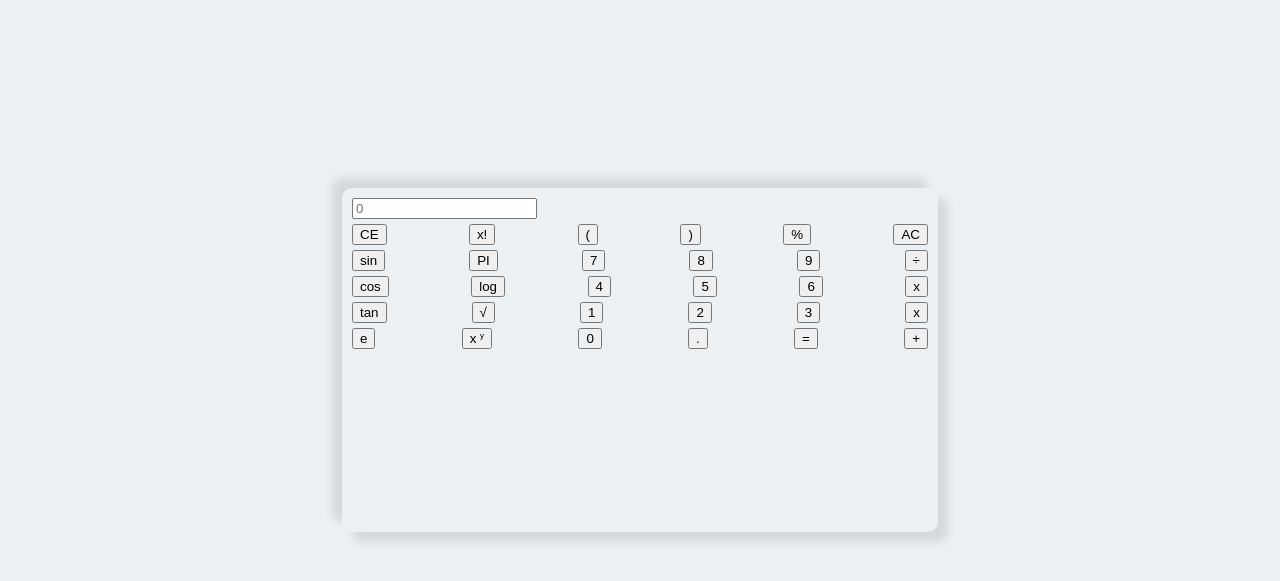
Repository: Haakim19/Scientific-Calculator
Page: intex.html
The author's editor kept a copy of each file at every save. The page is drawn from the files as they stood at one save, then again after the next save.
The browser window is 1280 px wide. The pictures show the whole page.

Above is the page before, as saved 2024-10-27 11:58:02.

### intex.html
<!DOCTYPE html>
<html lang="en">
<head>
    <meta charset="UTF-8">
    <meta name="viewport" content="width=device-width, initial-scale=1.0">
    <title>Scientific Calculator</title>
    <link rel="stylesheet" href="Style.css">
</head>
<body>
    <div class="container">
        <div class="display">
            <input type="text" id="screen" placeholder="0">
        </div>
        <div class="btns">
            <div class="row">
                <button class="btn">CE</button>
                <button class="btn">x!</button>
                <button class="btn">(</button>
                <button class="btn">)</button>
                <button class="btn">%</button>
                <button class="btn">AC</button>
            </div>
            <div class="row">
                <button class="btn">sin</button>
                <button class="btn">PI</button>
                <button class="btn">7</button>
                <button class="btn">8</button>
                <button class="btn">9</button>
                <button class="btn">÷</button>
            </div>
            <div class="row">
                <button class="btn">cos</button>
                <button class="btn">log</button>
                <button class="btn">4</button>
                <button class="btn">5</button>
                <button class="btn">6</button>
                <button class="btn">x</button>
            </div>
            <div class="row">
                <button class="btn">tan</button>
                <button class="btn">√</button>
                <button class="btn">1</button>
                <button class="btn">2</button>
                <button class="btn">3</button>
                <button class="btn">x</button>
            </div>
            <div class="row">
                <button class="btn">e</button>
                <button class="btn">x <sup style="font-size: 0.5rem;">y</sup></button>
                <button class="btn">0</button>
                <button class="btn">.</button>
                <button class="btn">=</button>
                <button class="btn">+</button>
            </div>
        </div>
</body>

</html>

### Style.css
body{
    /* background-color: #f0f0f0; */
    font-family: Arial, sans-serif;
    margin: 0;
    padding: 0;
    justify-content: center;
    align-items: center;
    display: flex;
    min-height: 100vh;
    background: #ecf0f3;
}

.container{
    width: 45%;
    height: 45vh;
    padding: 10px;
    border-radius: 10px;
    box-shadow: 10px 10px 10px rgba(0, 0, 0, 0.1),
                -10px -10px 10px rgba(0, 0, 0, 0.1);
}
.row{
    display: flex;
    justify-content: space-between;
    margin: 5px 0;
    /* padding: 5px; */
}

After the next save:
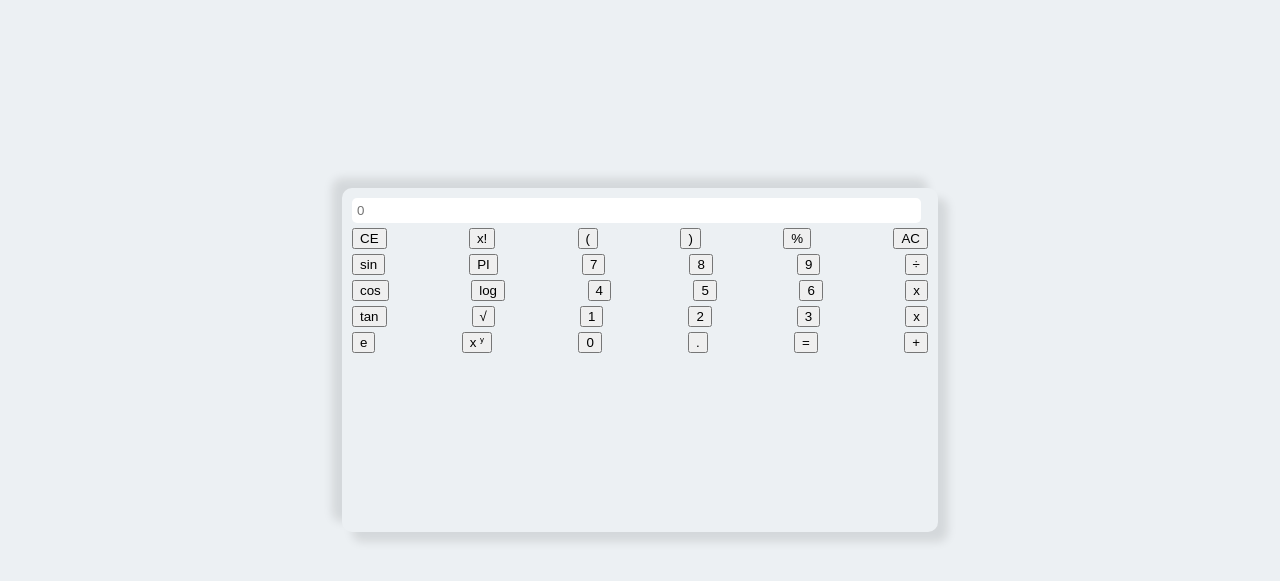
Saved 64 s later.
--- a/Style.css
+++ b/Style.css
@@ -18,6 +18,14 @@ body{
     box-shadow: 10px 10px 10px rgba(0, 0, 0, 0.1),
                 -10px -10px 10px rgba(0, 0, 0, 0.1);
 }
+.display #screen{
+    width: 97%;
+    height: 20%;
+    border: none;
+    border-radius: 5px;
+    padding: 5px;
+
+}
 .row{
     display: flex;
     justify-content: space-between;
